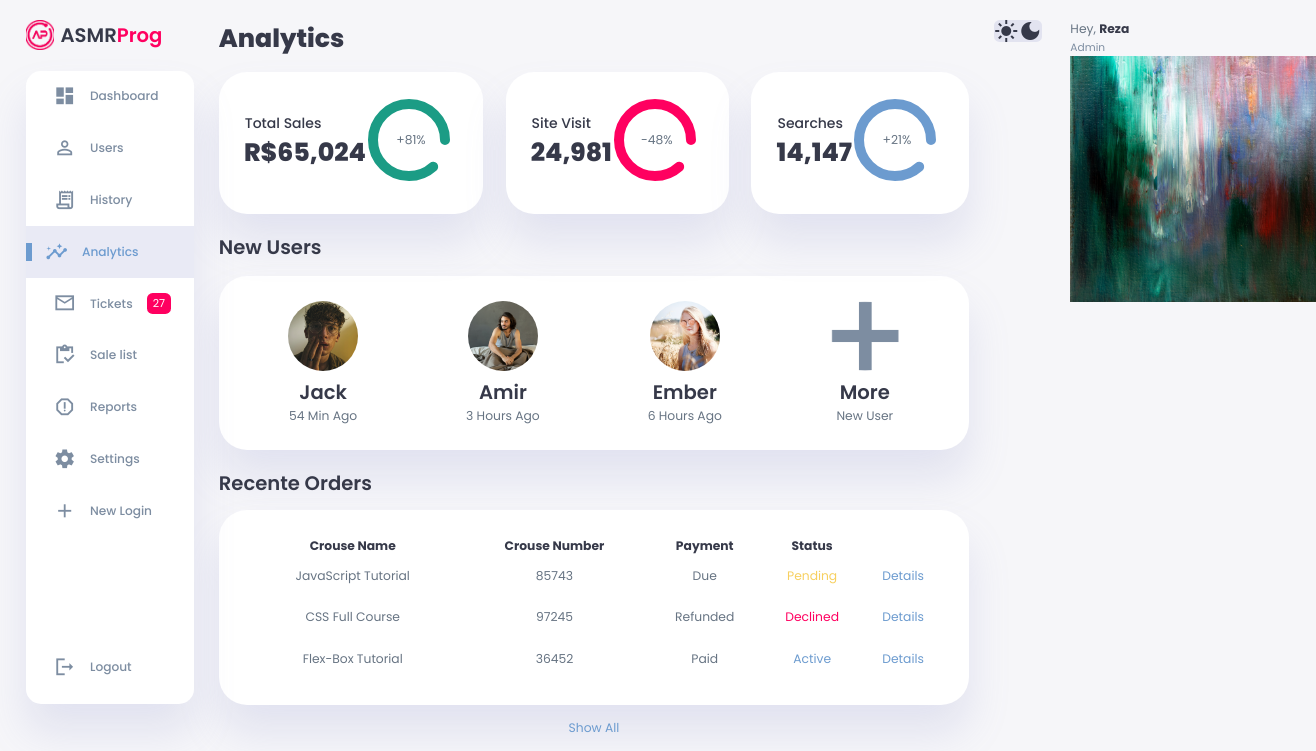
Repository: pheonix5/ProjetosRN-linux
Page: DashBoard/index.html
An editor plug-in stored every save of this project. The page is shown before and after the next save, followed by the edit.
The browser window is 1280 px wide. The page is 1316 px wide, so the pictures cover 1316 px, including what lies to the right of the window. The pictures show the whole page.

Above is the page before, as saved 2023-08-06 02:44:16.

After the next save:
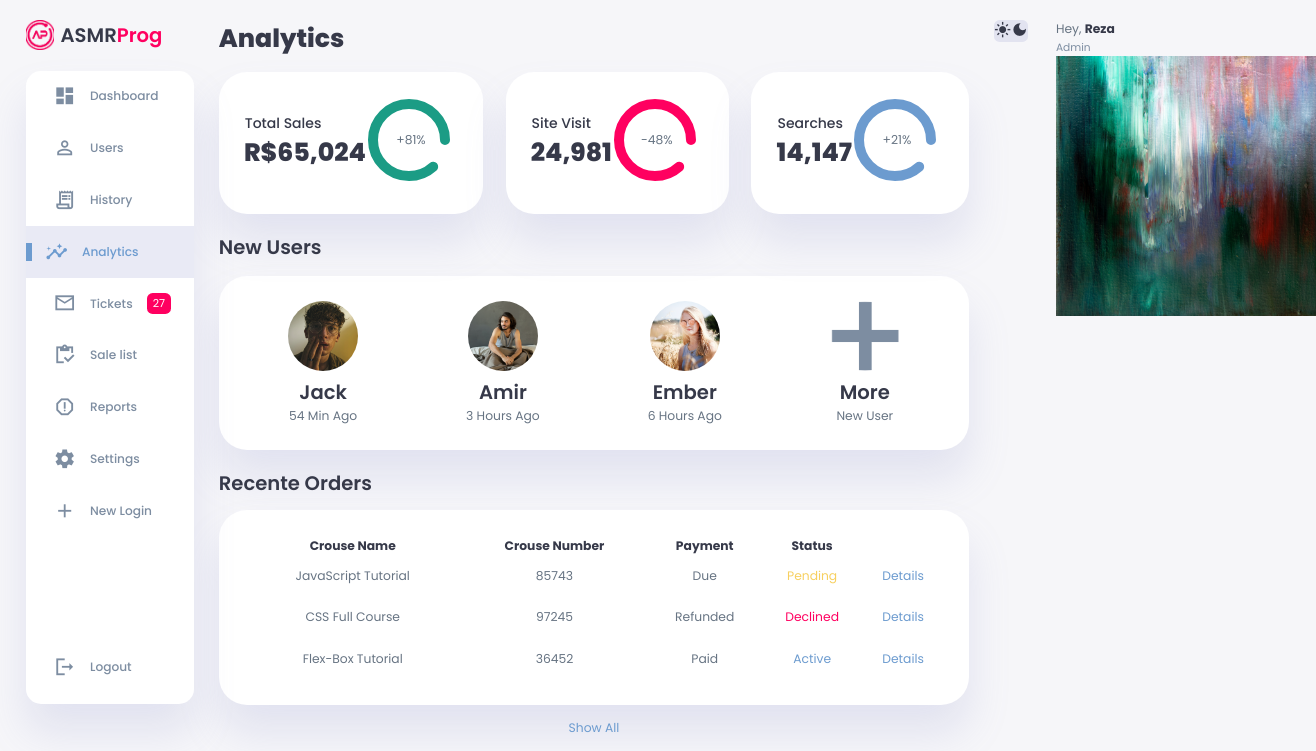
Saved 50 s later.
--- a/DashBoard/style.css
+++ b/DashBoard/style.css
@@ -402,3 +402,13 @@ main .recent-orders a{
   cursor: pointer;
   border-radius: var(--border-radius-1);
 }
+
+
+.right-section .dark-mode span{
+  font-size: 1.2rem;
+  width: 50%;
+  height: 100%;
+  display: flex;
+  align-items: center;
+  justify-content: center;
+}
